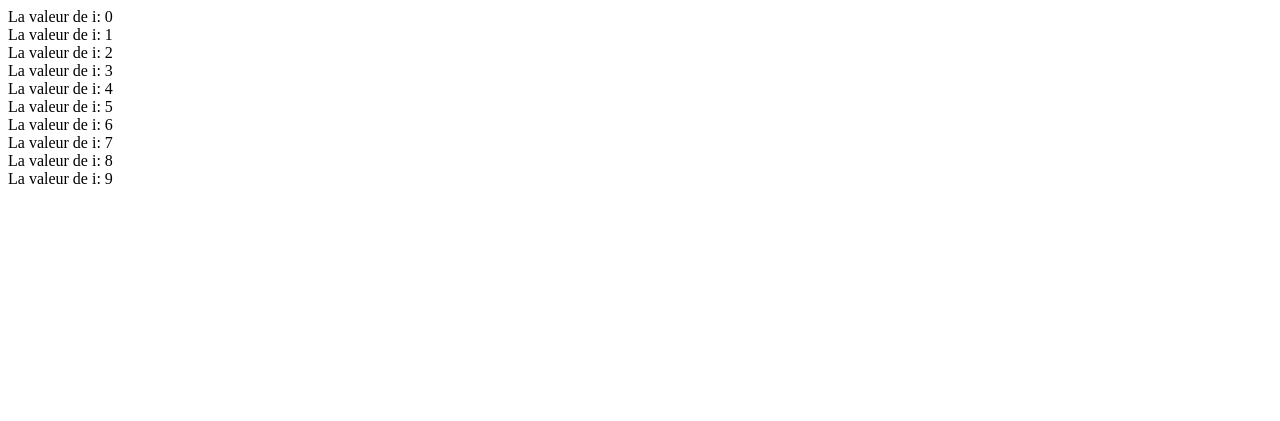
Repository: Youcode-team/C2N3_C3N3
Page: boucle.html
An editor plug-in stored every save of this project. The page is shown before and after the next save, followed by the edit.
The browser window is 1280 px wide. The pictures show the whole page.

Above is the page before, as saved 2020-04-14 20:18:16.

### boucle.html
<!DOCTYPE html>
<html lang="en">
<head>
    <meta charset="UTF-8">
    <meta name="viewport" content="width=device-width, initial-scale=1.0">
    <title>Document</title>
</head>
<body>
    <script>
        //boucle for
        var br = '<br>';

       for (let i = 0; i < 10; i++) {
           document.write(`La valeur de i: ${i} ${br}`);
       }
       </script>
</body>
</html>

After the next save:
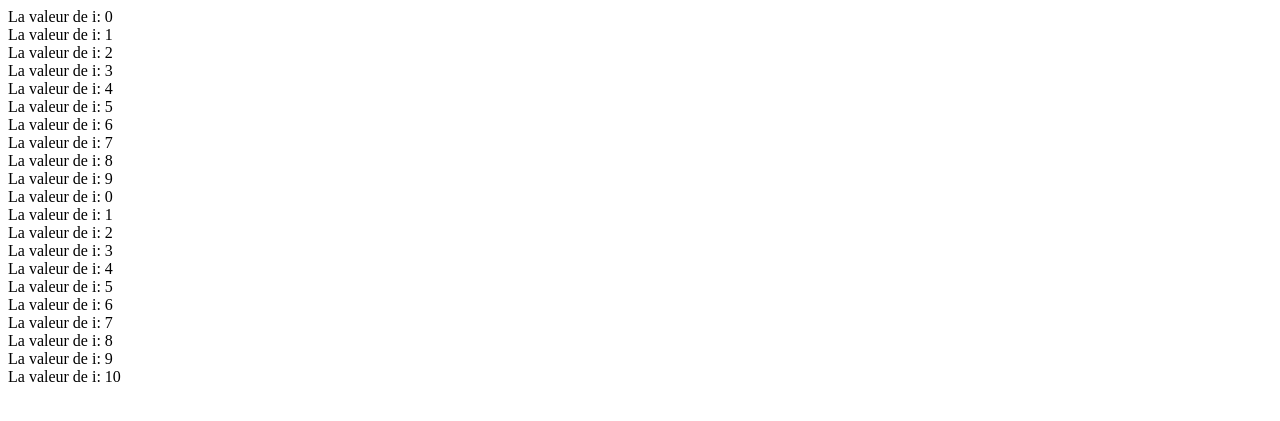
Saved 52 s later.
--- a/boucle.html
+++ b/boucle.html
@@ -13,6 +13,13 @@
        for (let i = 0; i < 10; i++) {
            document.write(`La valeur de i: ${i} ${br}`);
        }
+       //boucle while avec itérateur
+       var i = 0;
+var br = "<br>";
+while (i <= 10) {
+    document.write(`La valeur de i: ${i} ${br}`);
+    i++;
+}
        </script>
 </body>
 </html>
